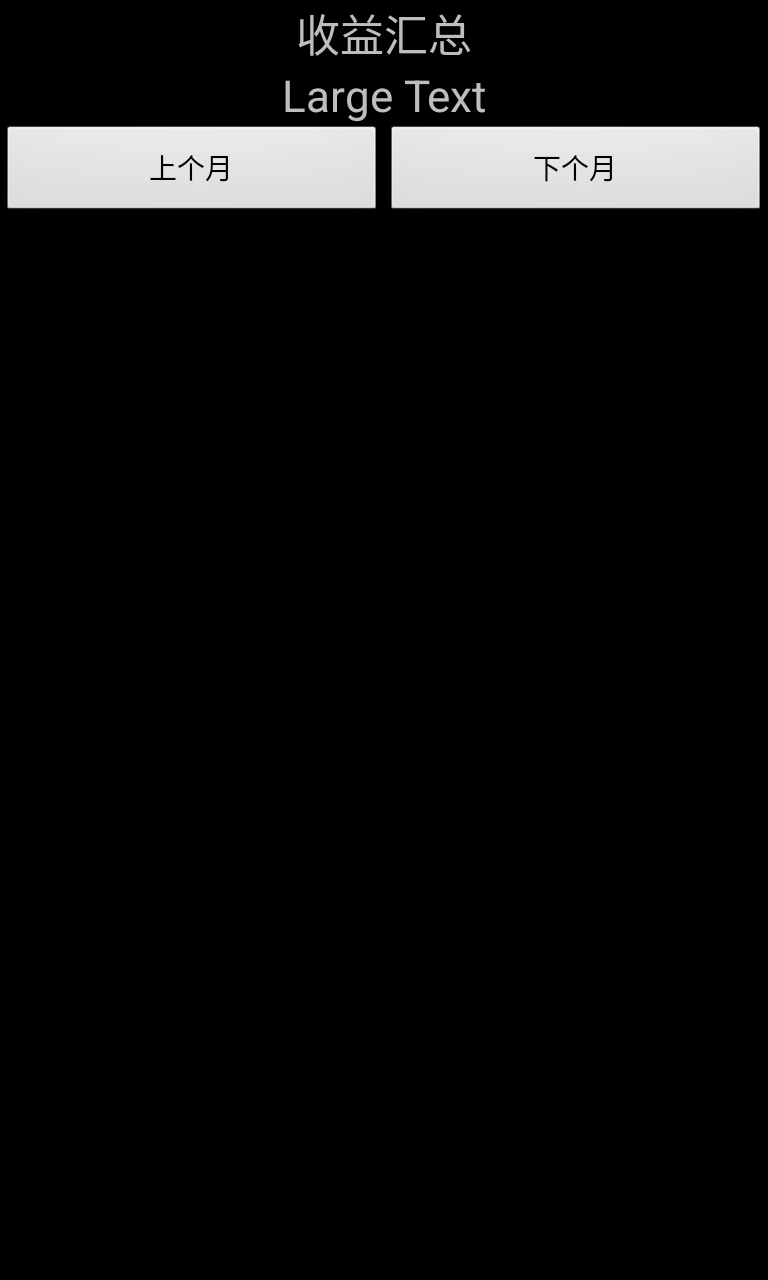
Repository: gongxinge/money-android
Layout: P2P/res/layout/billdetaillist.xml
These files come from the project's save history. The layout is drawn as it stood at one moment and after the next save; the edit follows.
It is drawn on a 768 x 1280 px phone screen (xhdpi) without system bars, with theme android:Theme; the app's code is not run. Lists and similar views that code fills are empty.

Above is the layout before, as saved 2015-06-28 08:21:32.

### P2P/res/layout/billdetaillist.xml
<?xml version="1.0" encoding="utf-8"?>
<LinearLayout xmlns:android="http://schemas.android.com/apk/res/android"
    android:layout_width="match_parent"
    android:layout_height="match_parent"
    android:orientation="vertical" >
    <LinearLayout
        android:id="@+id/llCenter"
        android:layout_width="fill_parent"
        android:layout_height="wrap_content"
        android:orientation="vertical" >
    <TextView
        android:id="@+id/txtMonthInfo"
        android:layout_width="fill_parent"
        android:layout_height="wrap_content"
        android:gravity="center"
        android:text="收益汇总"
        android:textSize="22dp" />
    <TextView
        android:id="@+id/txtMonthInfo"
        android:layout_width="fill_parent"
        android:layout_height="wrap_content"
        android:gravity="center"
        android:text="Large Text"
        android:textSize="22dp" />
</LinearLayout>
    <LinearLayout
        android:id="@+id/llCenter"
        android:layout_width="fill_parent"
        android:layout_height="wrap_content"
        android:orientation="horizontal" >

        <Button
            android:id="@+id/btnBack"
            android:layout_width="wrap_content"
            android:layout_height="wrap_content"
            android:layout_weight="1"
            android:text="上个月" />

        <Button
            android:id="@+id/btnBack"
            android:layout_width="wrap_content"
            android:layout_height="wrap_content"
            android:layout_weight="1"
            android:text="下个月" />
    </LinearLayout>

    <ListView
        android:id="@+id/listView1"
        android:layout_width="match_parent"
        android:layout_height="wrap_content" >
    </ListView>

</LinearLayout>

After the next save:
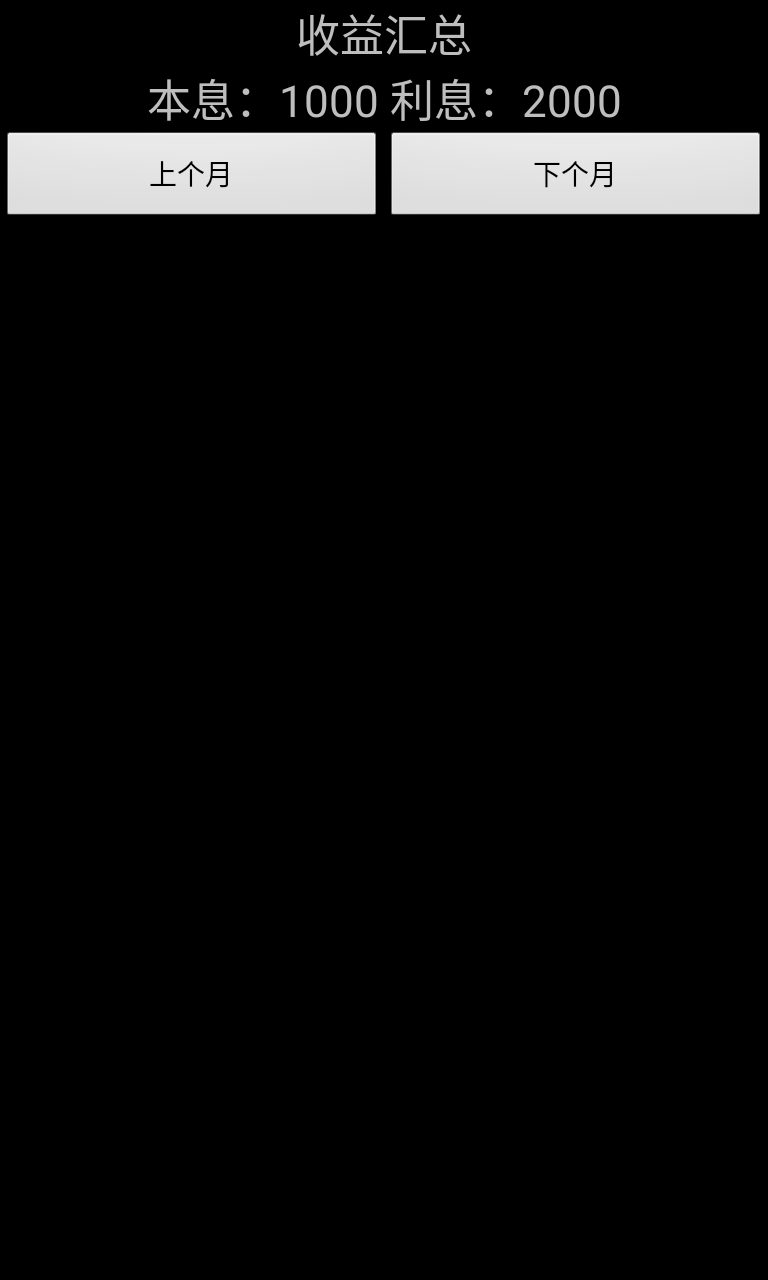
Saved 15 s later.
--- a/P2P/res/layout/billdetaillist.xml
+++ b/P2P/res/layout/billdetaillist.xml
@@ -20,7 +20,7 @@
         android:layout_width="fill_parent"
         android:layout_height="wrap_content"
         android:gravity="center"
-        android:text="Large Text"
+        android:text="本息：1000 利息：2000"
         android:textSize="22dp" />
 </LinearLayout>
     <LinearLayout
